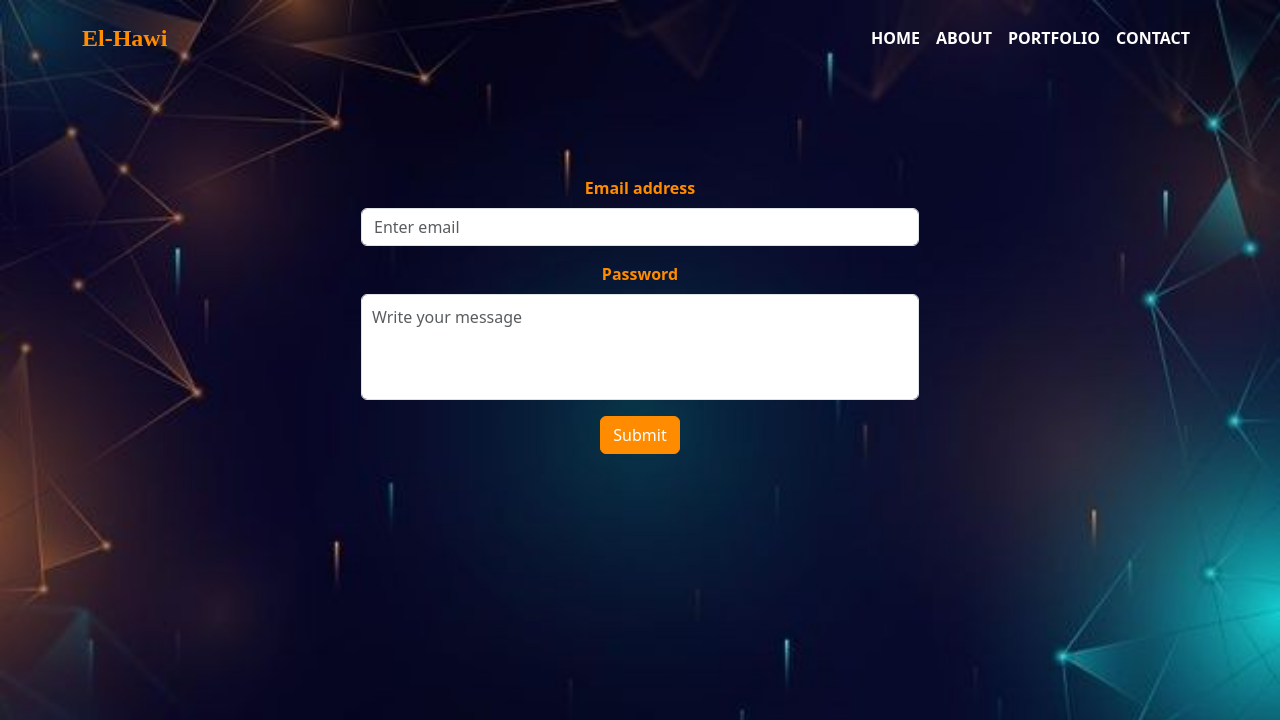
Repository: amralhawi123/Portfolio
Page: /contact
The author's editor kept a copy of each file at every save. The page is drawn from the files as they stood at one save, then again after a run of saves.
The browser window is 1280 px wide. The pictures show the whole page.
The project was rebuilt for these pictures with package versions that can differ from the ones it lists, and the page was loaded fresh each time. Also part of the build but not shown: src/components/landing/landing.css, src/components/landing/landing.js, src/components/about/about.css, src/components/about/About.js, src/components/Portfolio/portfolio.css, src/components/Portfolio/Portfolio.js. Imported but missing from the stored project, and not drawn on this page: src/image/Amr Mahmoud Alhawi.pdf.

Above is the page before, as saved 2023-08-28 17:23:58.

After the next 3 saves:
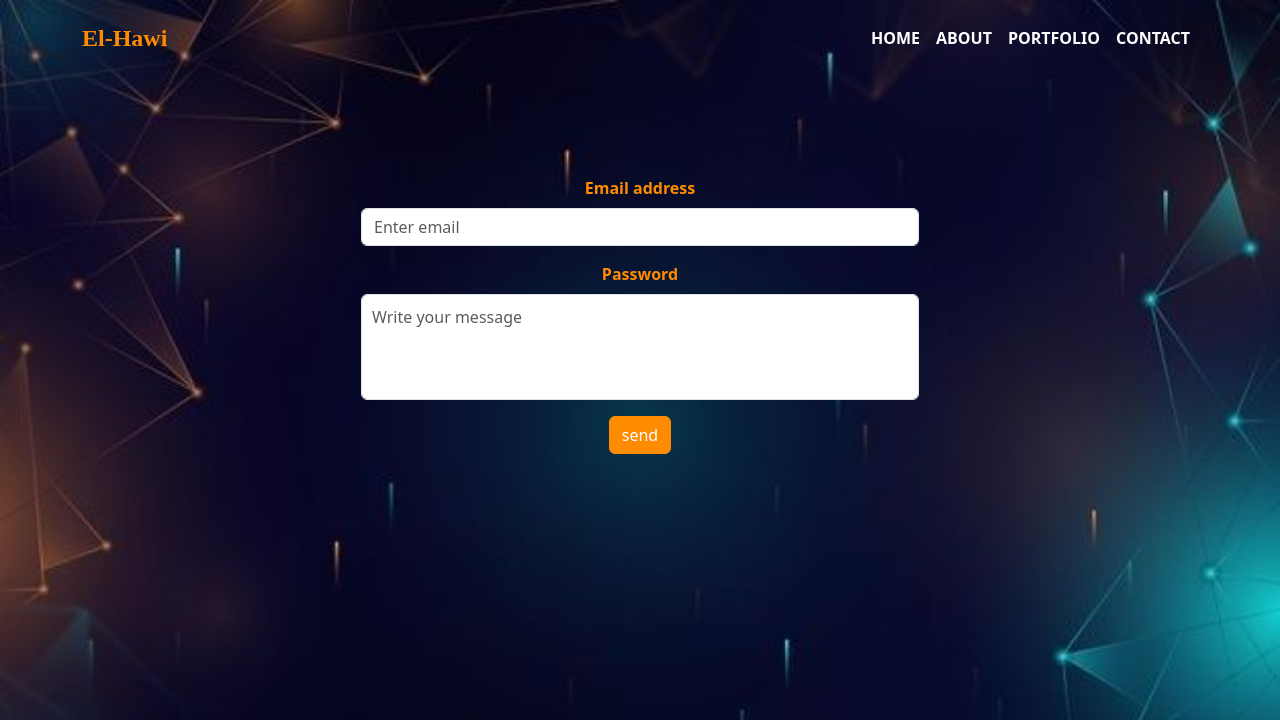
The 3 saves are shown as one change because they came seconds apart.
The last was saved 2 min 17 s later.
--- a/src/components/contact/contact.js
+++ b/src/components/contact/contact.js
@@ -15,7 +15,7 @@ const Contact = () => {
         <Form.Control type="text" className='heghit' placeholder="Write your message" />
       </Form.Group>
       <Button variant="primary" className='button' type="submit">
-        Submit
+        send
       </Button>
     </Form>
     </div>
